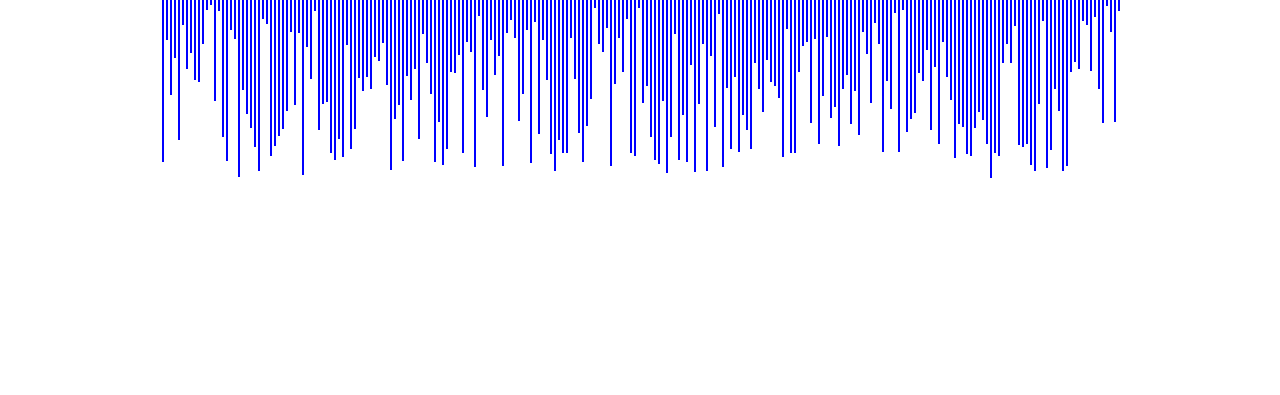
Repository: rehans-Life/sorting-visualizer
Page: /
The author's editor kept a copy of each file at every save. The page is drawn from the files as they stood at one save, then again after the next save.
The browser window is 1280 px wide. The pictures show the whole page.
The project was rebuilt for these pictures with package versions that can differ from the ones it lists, and the page was loaded fresh each time. The framework's server and built-in components were replaced by stand-ins that run in the browser. Also part of the build but not shown: next.config.js.

Above is the page before, as saved 2023-03-17 18:25:16.

### pages/index.js
import Head from "next/head";
import { useEffect, useRef, useState } from "react";
import Element from "../components/Element";
import styles from "../styles/Home.module.css";

export default function Home() {
  const randomNumber = (min, max) => {
    return Math.floor(Math.random() * (max - min) + min);
  };

  const generateRandomArray = (bars, height) => {
    let arr = [];

    for (let i = 0; i < bars; i++) {
      arr.push(randomNumber(5, height));
    }

    return arr;
  };

  const [array, setArray] = useState([]);
  const [bars, setBars] = useState(0);
  const [height, setHeight] = useState(0);
  const arrRef = useRef();
  const containerRef = useRef();

  useEffect(() => {
    const findBars = () => {
      let width = arrRef.current.clientWidth;
      let height = containerRef.current.clientHeight / 4;
      let bars = Math.floor(width / 4);
      setBars(bars);
      setHeight(height);
    };
    window.onresize = findBars;
    findBars();
    // eslint-disable-next-line react-hooks/exhaustive-deps
  }, []);

  useEffect(() => {
    setArray(generateRandomArray(bars, height));
    // eslint-disable-next-line react-hooks/exhaustive-deps
  }, [bars]);

  return (
    <div ref={containerRef} className={styles.container}>
      <Head>
        <title>Create Next App</title>
        <meta name="description" content="Generated by create next app" />
        <link rel="icon" href="/favicon.ico" />
      </Head>
      <div ref={arrRef} className={styles.array}>
        {array.map((number, index) => (
          <Element key={index} number={number} />
        ))}
      </div>
    </div>
  );
}

### styles/globals.css
@import url("https://fonts.googleapis.com/css2?family=Lato:wght@100;300;400;700;900&family=Poppins:ital,wght@0,100;0,200;0,300;0,400;0,500;0,600;0,700;1,200&display=swap");

html,
body {
  padding: 0;
  margin: 0;
  font-family: Poppins;
}

a {
  color: inherit;
  text-decoration: none;
}

* {
  box-sizing: border-box;
}

### components/Element.jsx
import React from "react";
import styles from "../styles/Element.module.css";

export default function Element({ number }) {
  return (
    <div className={styles.element} style={{ height: `${number}px` }}></div>
  );
}

### styles/Home.module.css
.container {
  display: flex;
  justify-content: center;
  width: 100%;
  height: 100vh;
}

.array {
  display: flex;
  width: 75%;
}

### styles/Element.module.css
.element {
  width: 2px;
  background-color: blue;
  margin: 0 0 0 2px;
}

Loaded but not shown: pages/_app.js (common file)

After the next save:
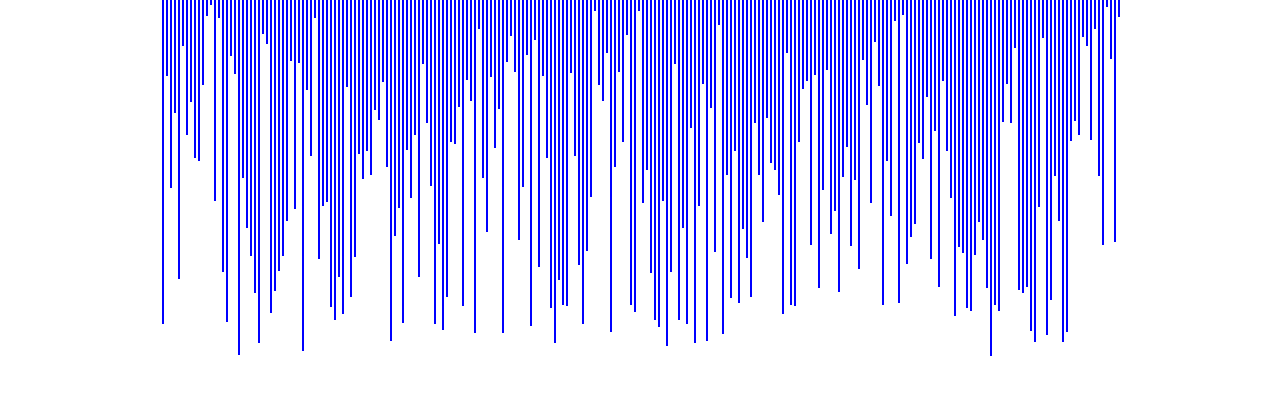
Saved 40 s later.
--- a/pages/index.js
+++ b/pages/index.js
@@ -27,7 +27,7 @@ export default function Home() {
   useEffect(() => {
     const findBars = () => {
       let width = arrRef.current.clientWidth;
-      let height = containerRef.current.clientHeight / 4;
+      let height = containerRef.current.clientHeight / 2;
       let bars = Math.floor(width / 4);
       setBars(bars);
       setHeight(height);
